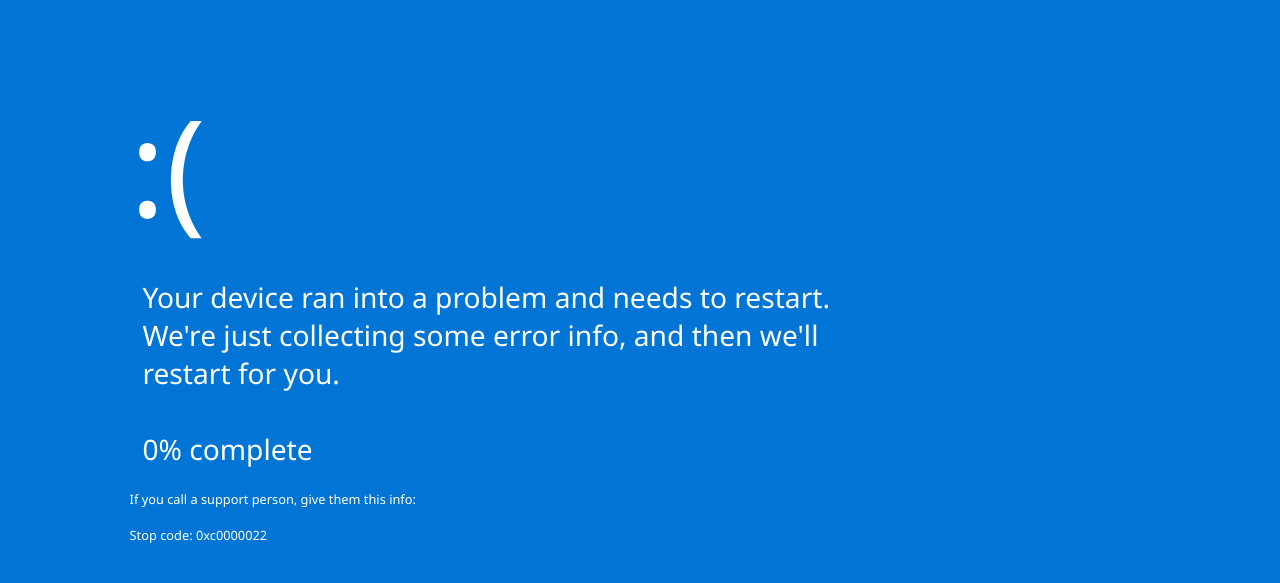
Repository: end888160/end888160.github.io
Page: BSoD2.html
An editor plug-in stored every save of this project. The page is shown before and after the next save, followed by the edit.
The browser window is 1280 px wide. The pictures show the whole page.

Above is the page before, as saved 2024-09-22 23:23:36.

After the next save:
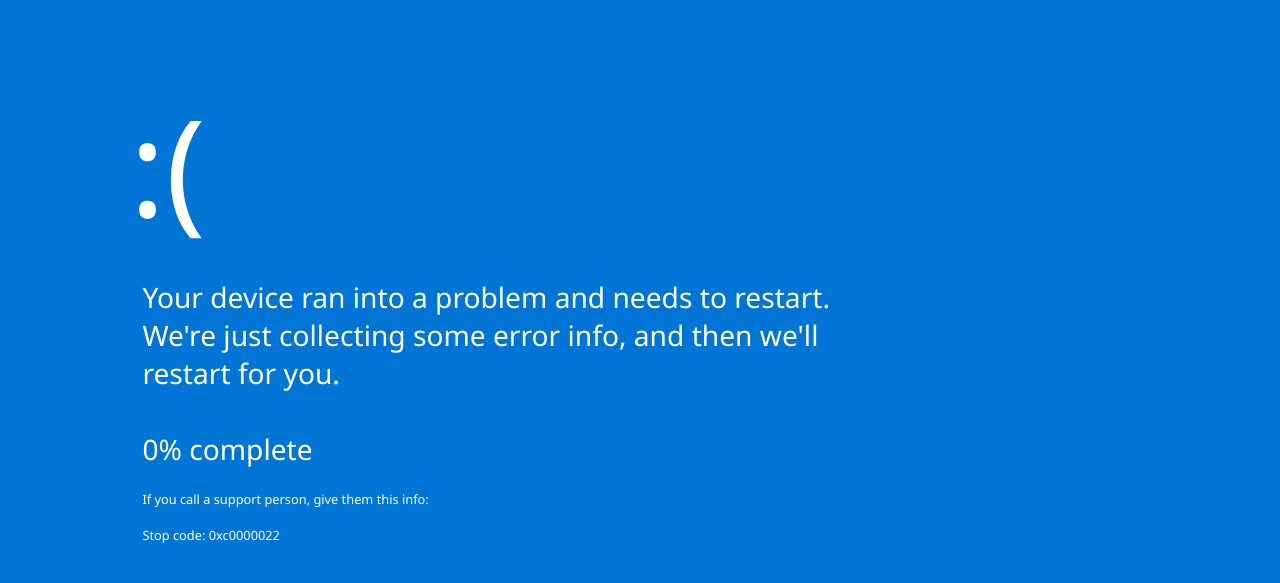
Saved 4 s later.
--- a/BSoD2.html
+++ b/BSoD2.html
@@ -24,7 +24,7 @@
 	#for {
 		font-weight: 100;
 		font-size: 1vw;
-		padding-left: ;
+		padding-left: 1vw;
 	}
 
 </style>
